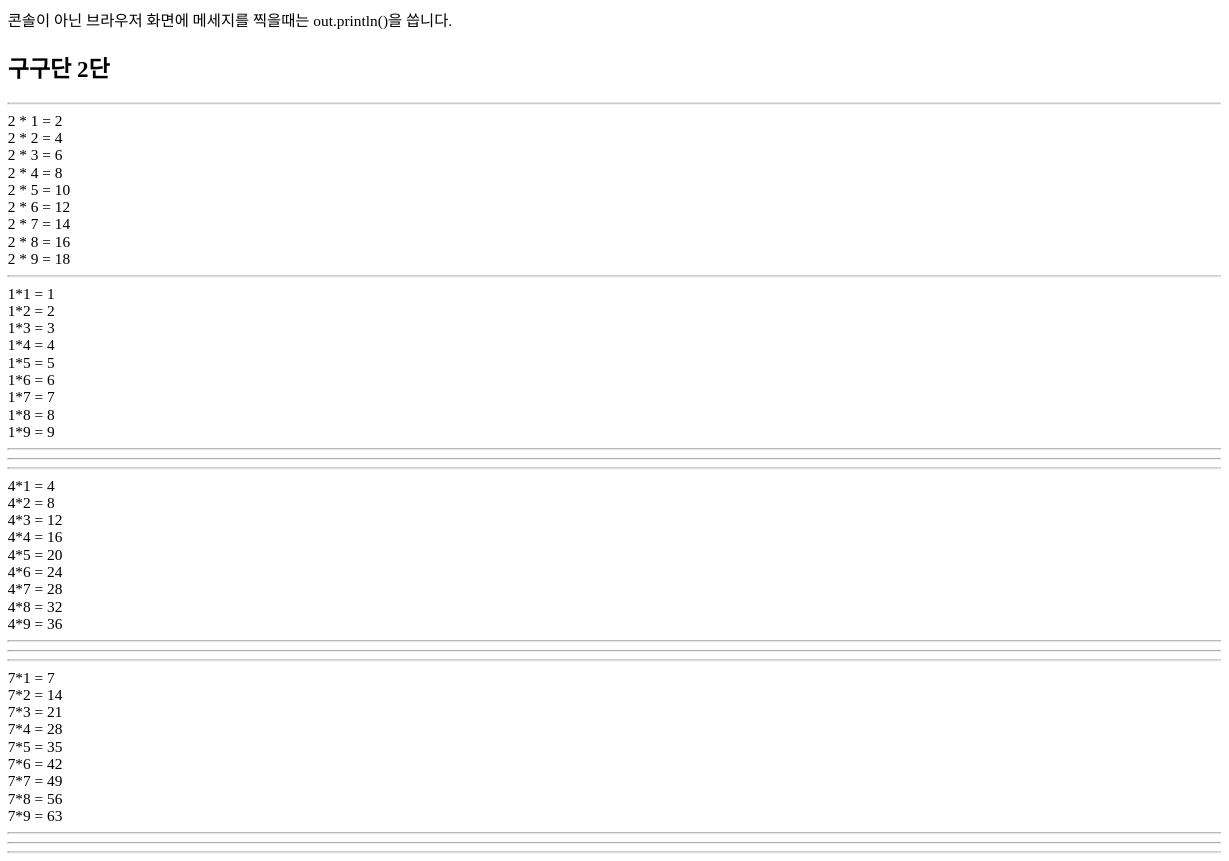
Repository: limbbbyoung/JSP_practice
Page: http://localhost/JSPbasic/jsptag/scriptlet.jsp
An editor plug-in stored every save of this project. The page is shown before and after the next save, followed by the edit.
The browser window is 1280 px wide. The pictures show the whole page, at 96% of full size.
The page is served by Tomcat 9.

Above is the page before, as saved 2022-03-22 11:48:03.

### JSPbasic/src/main/webapp/jsptag/scriptlet.jsp
<%@ page language="java" contentType="text/html; charset=UTF-8"
    pageEncoding="UTF-8"%>
<!DOCTYPE html>
<html>
<head>
<meta charset="UTF-8">
<title>Insert title here</title>
</head>
<body>
     <% System.out.println("콘솔에 메세지를 찍을때는 System.out.println()을 씁니다.");
     out.println("콘솔이 아닌 브라우저 화면에 메세지를 찍을때는 out.println()을 씁니다."); %>
     <h2>구구단 2단</h2><hr/>
     <%
        // 구구단 2단을 브라우저에 출력해주세요.
        for(int i = 1; i < 10; i++){
        	out.println("2 * " + i + " = " + 2*i +"<br/>");
        }
     %>
     <hr/>
     <!-- 반복문과 조건문을 이용하여 구구단 홀수단(3, 5, 7, 9)을 화면에 출력해주세요. -->
     <%
        // 구구단 홀수단
        for(int i =1; i < 10; i++){
        	if(i%3==1){
        		for(int j = 1; j < 10; j++){
            		out.println(i + "*" + j + " = " + i * j + "<br/>");
            	}
        	}
        	out.println("<hr/>");
        }

     %>


</body>
</html>

After the next save:
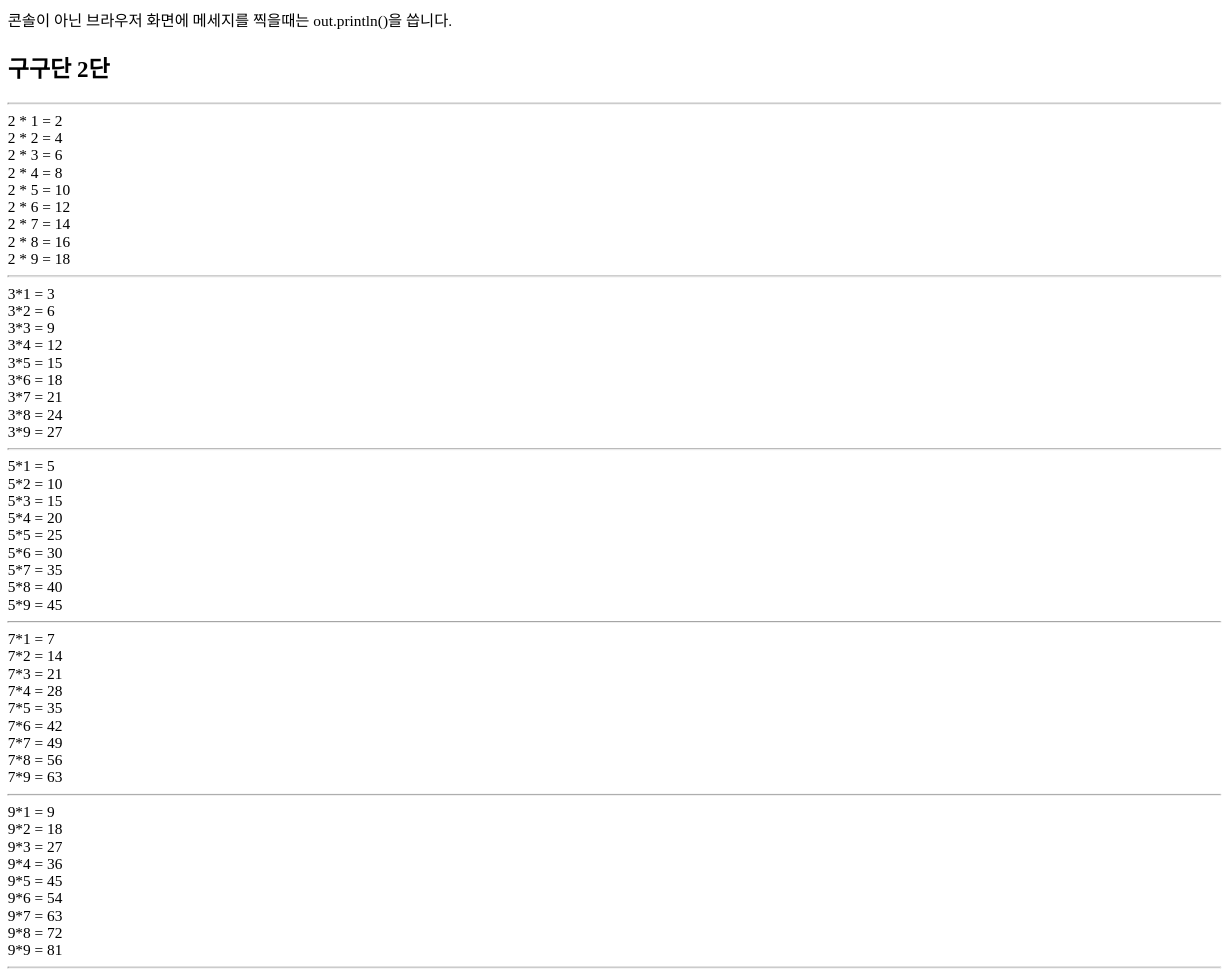
Saved 3 min 25 s later.
--- a/JSPbasic/src/main/webapp/jsptag/scriptlet.jsp
+++ b/JSPbasic/src/main/webapp/jsptag/scriptlet.jsp
@@ -20,11 +20,12 @@
      <!-- 반복문과 조건문을 이용하여 구구단 홀수단(3, 5, 7, 9)을 화면에 출력해주세요. -->
      <%
         // 구구단 홀수단
-        for(int i =1; i < 10; i++){
-        	if(i%3==1){
-        		for(int j = 1; j < 10; j++){
-            		out.println(i + "*" + j + " = " + i * j + "<br/>");
-            	}
+        for(int i = 3; i < 10; i++){
+        	if(i%2==0){
+        		continue;
+        	}
+        	for(int j = 1; j < 10; j++){
+        		out.println(i + "*" + j + " = " + i * j + "<br/>");
         	}
         	out.println("<hr/>");
         }
